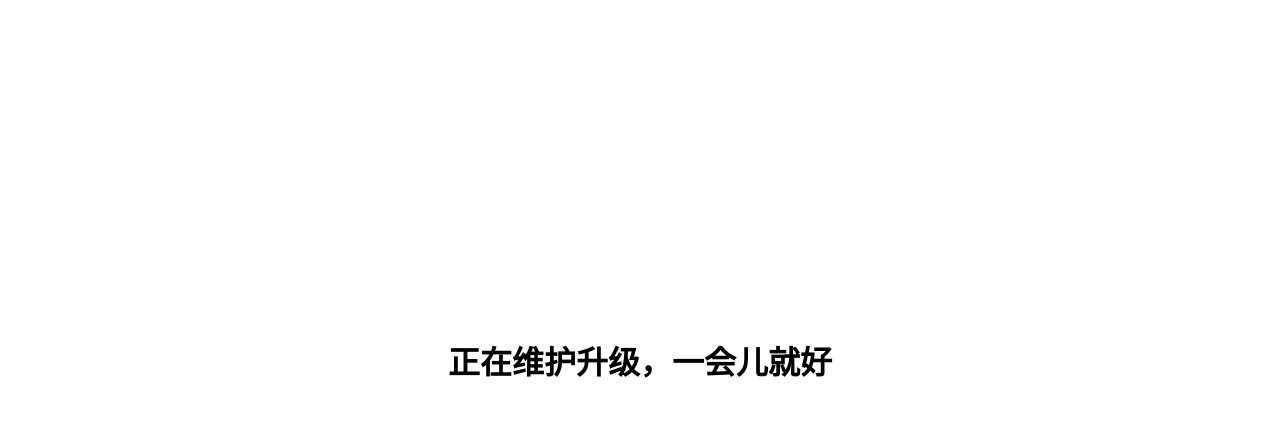
Repository: fakedestinyck/daxigua
Page: 503.html
An editor plug-in stored every save of this project. The page is shown before and after the next save, followed by the edit.
The browser window is 1280 px wide. The pictures show the whole page.

Above is the page before, as saved 2021-02-02 18:14:34.

### 503.html
<!DOCTYPE html>
<html lang="en">
<head>
    <meta charset="UTF-8">
    <meta name="viewport" content="width=device-width, initial-scale=1.0">
    <title>合成蒋申</title>
</head>
<body>
    <div style="position: absolute; top: 50%; left: 50%; transform: translate(-50%, -50%); font-size: 2em; font-weight: bolder;">
        正在维护升级，一会儿就好
    </div>
</body>
</html>

After the next save:
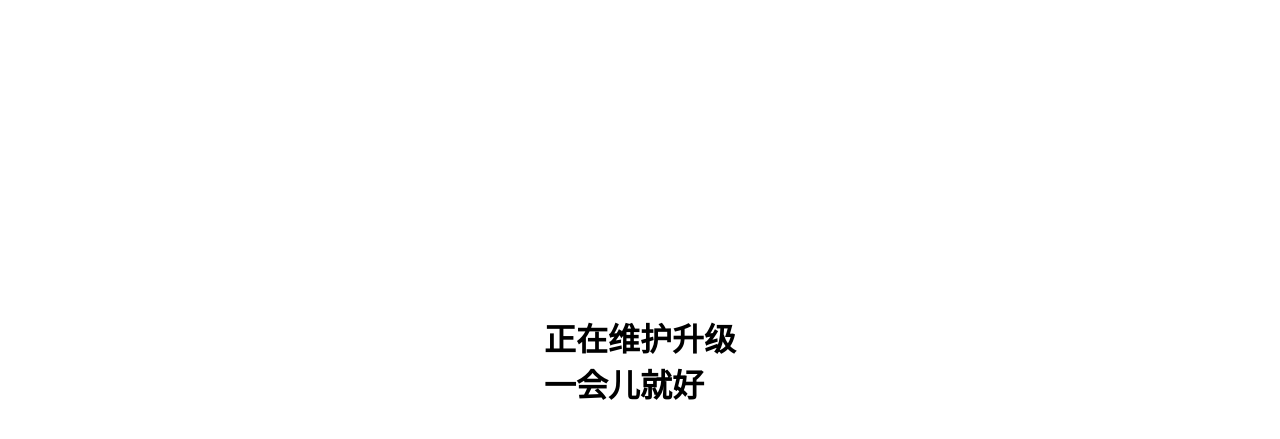
Saved 11 s later.
--- a/503.html
+++ b/503.html
@@ -7,7 +7,7 @@
 </head>
 <body>
     <div style="position: absolute; top: 50%; left: 50%; transform: translate(-50%, -50%); font-size: 2em; font-weight: bolder;">
-        正在维护升级，一会儿就好
+        正在维护升级<br>一会儿就好
     </div>
 </body>
 </html>
